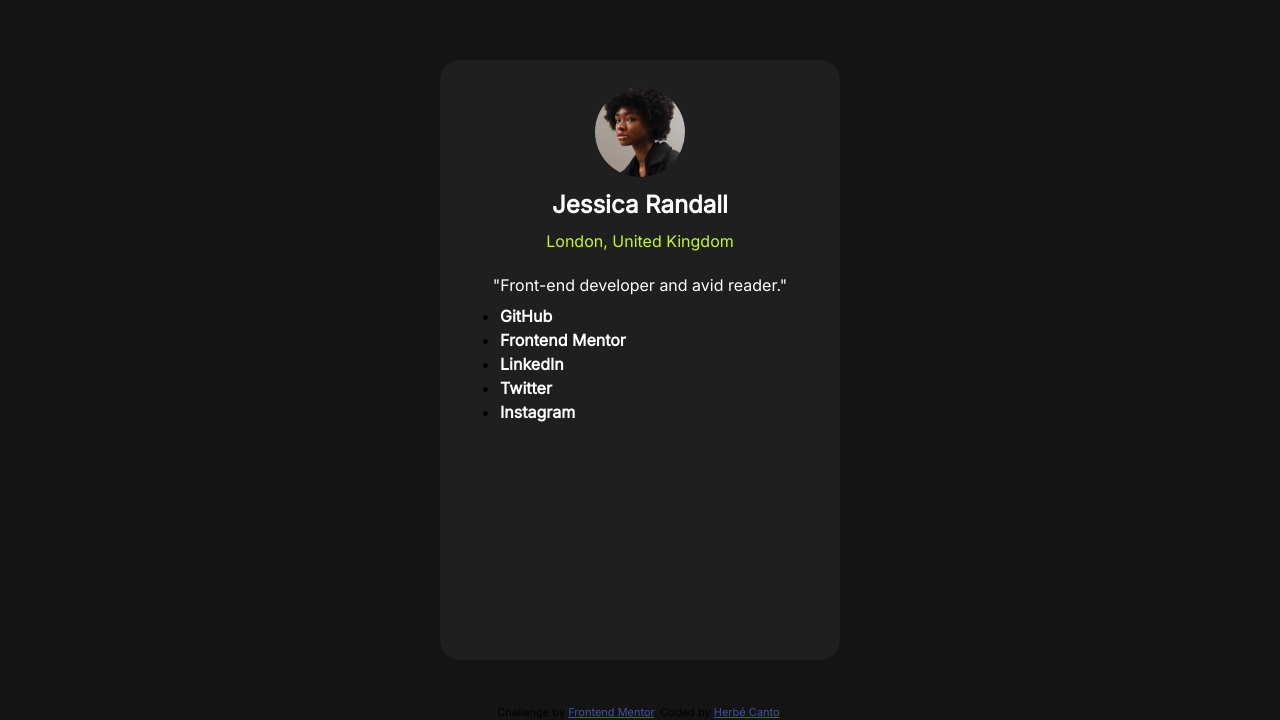
Repository: herbecanto/Social-Links-Profile
Page: index.html
The author's editor kept a copy of each file at every save. The page is drawn from the files as they stood at one save, then again after the next save.
The browser window is 1280 px wide. The pictures show the whole page.

Above is the page before, as saved 2025-01-22 21:56:49.

### index.html
<!DOCTYPE html>
<html lang="en">
  <head>
    <meta charset="UTF-8" />
    <meta name="viewport" content="width=device-width, initial-scale=1.0" />
    <link
      rel="icon"
      type="image/png"
      sizes="32x32"
      href="./assets/images/favicon-32x32.png"
    />

    <title>Frontend Mentor | Social links profile</title>

    <link rel="stylesheet" href="assets/styles/style.css" />

    <link rel="preconnect" href="https://fonts.googleapis.com" />
    <link rel="preconnect" href="https://fonts.gstatic.com" crossorigin />
    <link
      href="https://fonts.googleapis.com/css2?family=Inter:ital,opsz,wght@400;600;700&display=swap"
      rel="stylesheet"
    />
    <style>
      .attribution {
        font-size: 11px;
        text-align: center;
      }
      .attribution a {
        color: hsl(228, 45%, 44%);
      }
    </style>
  </head>
  <body>
    <main>
      <section class="card-container">
        <div class="card-profile">
          <img src="/assets/images/avatar-jessica.jpeg" alt="Avatar pic" />

          <div class="card-profile-information">
            <h1>Jessica Randall</h1>
            <p>London, United Kingdom</p>
            <p>"Front-end developer and avid reader."</p>
          </div>
        </div>

        <div class="card-links">
          <ul>
            <li><a href="">GitHub</a></li>
            <li><a href="">Frontend Mentor</a></li>
            <li><a href="">LinkedIn</a></li>
            <li><a href="">Twitter</a></li>
            <li><a href="">Instagram</a></li>
          </ul>
        </div>
      </section>
    </main>

    <footer>
      <div class="attribution">
        Challenge by
        <a href="https://www.frontendmentor.io?ref=challenge" target="_blank"
          >Frontend Mentor</a
        >. Coded by <a href="#">Herbé Canto</a>.
      </div>
    </footer>
  </body>
</html>

### assets/styles/style.css
/* Box sizing rules */
*,
*::before,
*::after {
  box-sizing: border-box;
  margin: 0;
}

/* Prevent font size inflation */
html {
  -moz-text-size-adjust: none;
  -webkit-text-size-adjust: none;
  text-size-adjust: none;
}

/* Remove default margin in favour of better control in authored CSS */
body,
h1,
h2,
h3,
h4,
p,
figure,
blockquote,
dl,
dd {
  margin-block-end: 0;
}

/* Remove list styles on ul, ol elements with a list role, which suggests default styling will be removed */
ul[role="list"],
ol[role="list"] {
  list-style: none;
}

/* Set core body defaults */
body {
  min-height: 100vh;
  line-height: 1.5;
}

/* Set shorter line heights on headings and interactive elements */
h1,
h2,
h3,
h4,
button,
input,
label {
  line-height: 1.1;
}

/* Balance text wrapping on headings */
h1,
h2,
h3,
h4 {
  text-wrap: balance;
}

/* A elements that don't have a class get default styles */
a:not([class]) {
  text-decoration-skip-ink: auto;
  color: currentColor;
}

/* Make images easier to work with */
img,
picture {
  max-width: 100%;
  display: block;
}

/* Inherit fonts for inputs and buttons */
input,
button,
textarea,
select {
  font-family: inherit;
  font-size: inherit;
}

/* Make sure textarea without a rows attribute are not tiny */
textarea:not([rows]) {
  min-height: 10em;
}

/* Anything that has been anchored to should have extra scroll margin */
:target {
  scroll-margin-block: 5ex;
}

/* ^^^^CSS RESET^^^^ */
:root {
  --green: hsl(75, 94%, 57%);
  --white: hsl(0, 0%, 100%);
  --grey700: hsl(0, 0%, 20%);
  --grey800: hsl(0, 0%, 12%);
  --grey900: hsl(0, 0%, 8%);
}

html {
  font-family: "Inter", sans-serif;
}

body {
  background-color: var(--grey900);
}

main {
  width: 100%;
  height: 100vh;
  display: flex;
  justify-content: center;
  align-items: center;
}

.card-container {
  width: 90%;
  max-width: 400px;
  min-width: 280px;
  height: 600px;

  background-color: var(--grey800);
  border-radius: 20px;

  display: grid;
  grid-template-rows: 40% 60%;

  padding: 20px;
}

.card-profile {
  display: flex;
  flex-direction: column;
  align-items: center;
  justify-content: space-around;
}

.card-profile img {
  width: 90px;
  border-radius: 50%;
}

.card-profile-information {
  display: flex;
  flex-direction: column;
  align-items: center;
  text-align: center;
}
.card-profile-information h1 {
  color: var(--white);
  font-style: normal;
}
.card-profile-information p:nth-child(2) {
  color: var(--green);
  margin-top: 10px;
}
.card-profile-information p:last-child {
  color: var(--white);
  margin-top: 20px;
}

/* .card-links {
  display: flex;
}

.card-links ul {
  display: flex;
  flex-direction: column;
  align-items: center;
  justify-content: space-evenly;
  padding: 5px;
  width: 100%;
}
.card-links ul li {
  list-style: none;
  width: 100%;
  height: 50px;
  background-color: var(--grey700);
  border-radius: 10px;
  display: flex;
  justify-content: center;
  align-items: center;
}
 */
.card-links ul li a {
  text-decoration: none;
  color: var(--white);
  font-weight: 600;
}

footer .attribution {
  position: absolute;
  bottom: 0;
  width: 100%;
  justify-content: center;
}

After the next save:
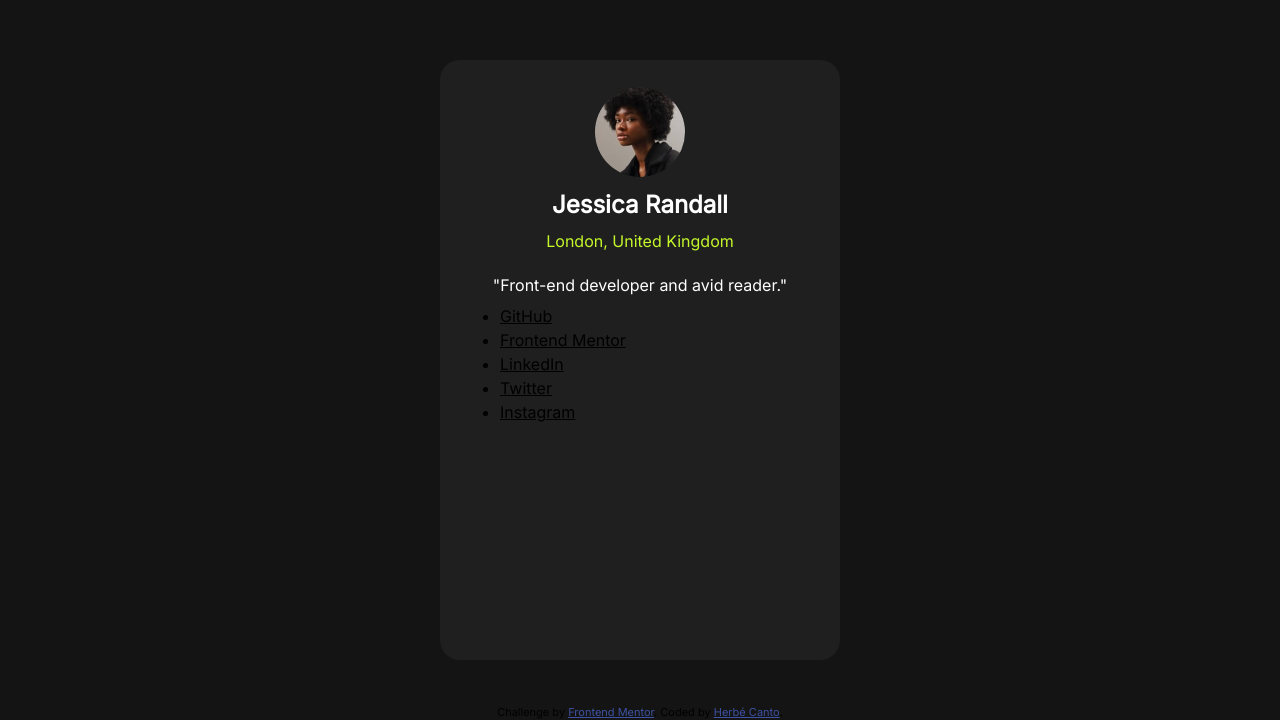
Saved 14 s later.
--- a/assets/styles/style.css
+++ b/assets/styles/style.css
@@ -183,12 +183,12 @@ main {
   justify-content: center;
   align-items: center;
 }
- */
+
 .card-links ul li a {
   text-decoration: none;
   color: var(--white);
   font-weight: 600;
-}
+} */
 
 footer .attribution {
   position: absolute;
